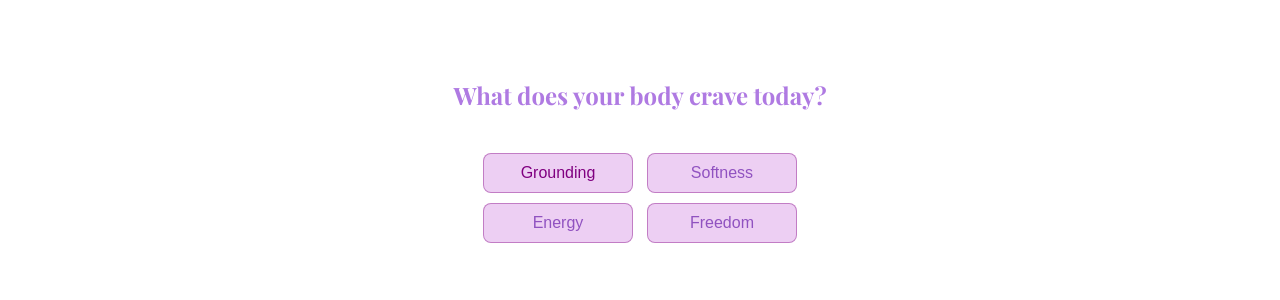
Repository: karim0829/Bella-Oter-Project
Page: index.html
An editor plug-in stored every save of this project. The page is shown before and after the next save, followed by the edit.
The browser window is 1280 px wide. The pictures show the whole page.
The pointer rests on the first visible `button`.
Some web fonts or font styles are not loaded; a fallback is used.

Above is the page before, as saved 2025-06-30 19:26:52.

### index.html
  <!--
   Name: Karim Mohamed
   Project: Bella Oter
   Date: 6.30.25
   Start Time: 7PM EST

  -->

<!DOCTYPE html>
<html lang="en">
<head>
    <meta charset="UTF-8">
    <meta name="viewport" content="width=device-width, initial-scale=1.0">
    <title>Bella Oter</title>
    <!--Google font-->
    <link rel="preconnect" href="https://fonts.googleapis.com">
    <link rel="preconnect" href="https://fonts.gstatic.com" crossorigin>
    <link href="https://fonts.googleapis.com/css2?family=Leckerli+One&family=Playfair+Display:ital,wght@0,400..900;1,400..900&display=swap" rel="stylesheet">
    <link rel="stylesheet" href = "style.css">
</head>
<body>
    <br>
    <br>
    <br>
    <header>
        <!--Header with radio buttons-->
    <form>
        <label><h1>What does your body crave today?</h1></label><br>
        <button type = 'submit' id = 'grounding' name='grounding'>Grounding</button>
        <button type = 'submit' id = 'softness' name='softness'>Softness</button><br>
        <button type = 'submit' id = 'energy' name='energy'>Energy</button>
        <button type = 'submit' id = 'freedom' name='freedom'>Freedom</button>
    </form>
    </header>
    <!--Content-->
<section>
    <h1></h1>
</section>

</body>
</html>

### style.css
body {
    text-align: center;
    font-family:"playfair display";
    padding:0;
    margin:0;
}

form h1 {
    font-size:24px;
    text-align: center;
    color:rgba(125, 37, 207, 0.613);

}

 button {
    width: 150px;
    height: 40px;
    cursor: pointer;
    border: 1px solid rgba(128, 0, 128, 0.401);;
    border-radius: 8px;
    background-color: #edcff3;
    font-size: 16px;
    margin-top:10px;
    margin:5px;
    color:rgba(85, 4, 160, 0.613);
}

button:hover {
    color:purple;
    transition: linear .5;
}

After the next save:
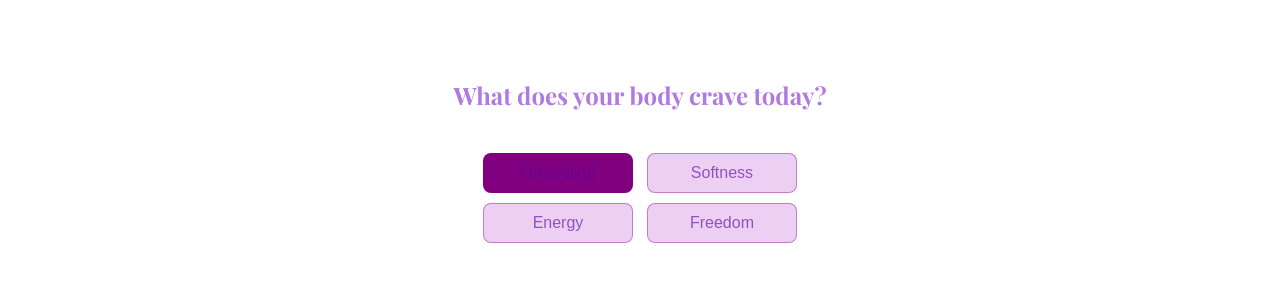
Saved 11 s later.
--- a/style.css
+++ b/style.css
@@ -26,6 +26,6 @@ form h1 {
 }
 
 button:hover {
-    color:purple;
+    background-color:purple;
     transition: linear .5;
 }
